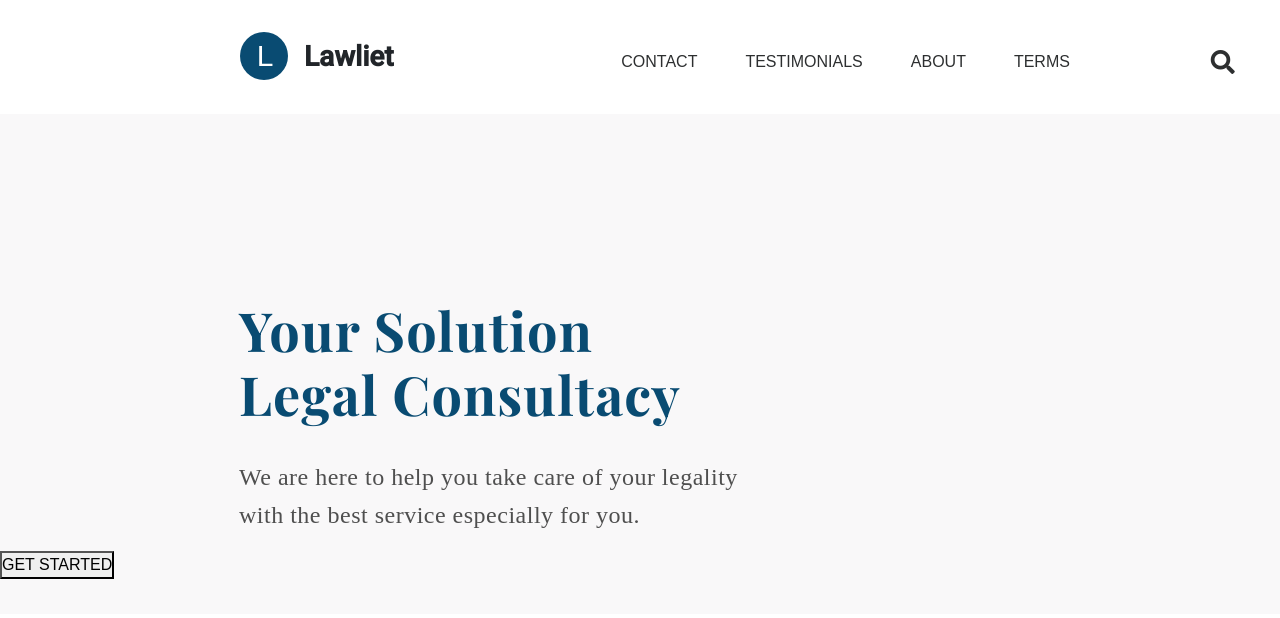
Repository: SAYYODTURINALIYEV/amaliy
Page: index.html
These files come from the project's save history. The page is drawn as it stood at one moment and after the next save; the edit follows.
The browser window is 1280 px wide. The pictures show the whole page.

Above is the page before, as saved 2022-05-20 10:10:28.

### index.html
<!DOCTYPE html>
<html lang="en">

<head>
    <meta charset="UTF-8">
    <meta name="viewport" content="width=device-width, initial-scale=1.0">
    <meta http-equiv="X-UA-Compatible" content="ie=edge">
    <meta name="Description" content="Enter your description here" />
    <link rel="stylesheet" href="https://cdnjs.cloudflare.com/ajax/libs/twitter-bootstrap/4.6.0/css/bootstrap.min.css">
    <link rel="stylesheet" href="https://cdnjs.cloudflare.com/ajax/libs/font-awesome/5.15.4/css/all.min.css">
    <link rel="stylesheet" href="styles/style.css">
    <title>figma</title>
</head>

<body>

    <nav>
        <section id="header_left">
            <div id="author_logo">
                <h1 id="author_logo_h1">L</h1>
            </div>
            <h1 id="author">Lawliet</h1>
        </section>
        <section id="header_right" class="ml-5 header_right">
            <section id="menues" class="ml-5">
                <ul id="menues_ul">
                    <a href="#">
                        <li>CONTACT</li>
                    </a>
                    <a href="#" class="ml-5">
                        <li>TESTIMONIALS</li>
                    </a>
                    <a href="#" class="ml-5">
                        <li>ABOUT</li>
                    </a>
                    <a href="#" class="ml-5">
                        <li>TERMS</li>
                    </a>
                </ul>
                <a href="#" id="search"><i class="fas fa-search ml-5" ></i></a>
            </section>

        </section>
    </nav><br>
    <section id="header">
        <div id="header_top"><br>
            <h1 id="header_top_h1">Your Solution <br> Legal Consultacy</h1><br>
            <p id="header_top_p">We are here to help you take care of your legality <br> with the best service especially for you.</p>
            <button type="button" id="header_top_button">GET STARTED</button>
        </div>
        <div id="header_bottom"></div>
    </section>




    <script src="https://cdnjs.cloudflare.com/ajax/libs/jquery/3.5.1/jquery.min.js"></script>
    <script src="https://cdnjs.cloudflare.com/ajax/libs/popper.js/1.16.1/umd/popper.min.js"></script>
    <script src="https://cdnjs.cloudflare.com/ajax/libs/twitter-bootstrap/4.6.0/js/bootstrap.min.js"></script>
</body>

</html>

### styles/style.css
@import url('https://fonts.googleapis.com/css2?family=Roboto:wght@100;500&display=swap');
@import url('https://fonts.googleapis.com/css2?family=Playfair+Display:wght@400;700&family=Roboto:wght@100;500&display=swap');
* {
    margin: 0;
    padding: 0;
    box-sizing: border-box;
    font-family: sans-serif;
}

#menues {
    list-style-type: none;
    display: flex;
    flex-direction: row;
    justify-content: center;
    margin-right: 2rem;
}

#menues ul a {
    color: #2D2F30;
}

#menues_ul {
    display: flex;
    flex-direction: row;
    justify-content: center;
    list-style: none;
    margin-left: 32rem;
    margin-top: -2rem;
    font-family: 'Roboto', sans-serif;
}

#header_left {
    display: flex;
    flex-direction: row;
    margin-left: 240px;
    margin-top: 2rem;
}

#author_logo {
    width: 3rem;
    height: 3rem;
    background-color: #094B72;
    text-align: center;
    border-radius: 30px;
    padding: 20px;
    cursor: pointer;
}

#author_logo_h1 {
    margin-top: -0.9rem;
    font-size: 30px;
    font-weight: lighter;
    margin-left: -0.2rem;
    color: white;
}

#author {
    font-weight: bolder;
    margin-left: 1rem;
    font-family: 'Roboto', sans-serif;
    font-size: 28px;
    margin-top: 0.5rem;
}

#search {
    color: #2D2F30;
    margin-left: 5.8rem;
    margin-top: -2.3rem;
    font-size: 1.5rem;
    font-weight: bolder;
}

#header_top {
    background-color: #F9F8F9;
    height: 500px;
}

#header_top_h1 {
    font-family: 'Playfair Display';
    font-style: normal;
    font-weight: 900;
    font-size: 54px;
    line-height: 120%;
    letter-spacing: 0.02em;
    color: #094B72;
    margin-left: 239px;
    margin-top: 10rem;
}

#header_top_p {
    font-family: 'Plus Jakarta Sans';
    font-style: normal;
    font-weight: 500;
    font-size: 24px;
    line-height: 158%;
    display: flex;
    align-items: center;
    letter-spacing: 0.5px;
    color: #4F4F4F;
    margin-left: 239px;
}

After the next save:
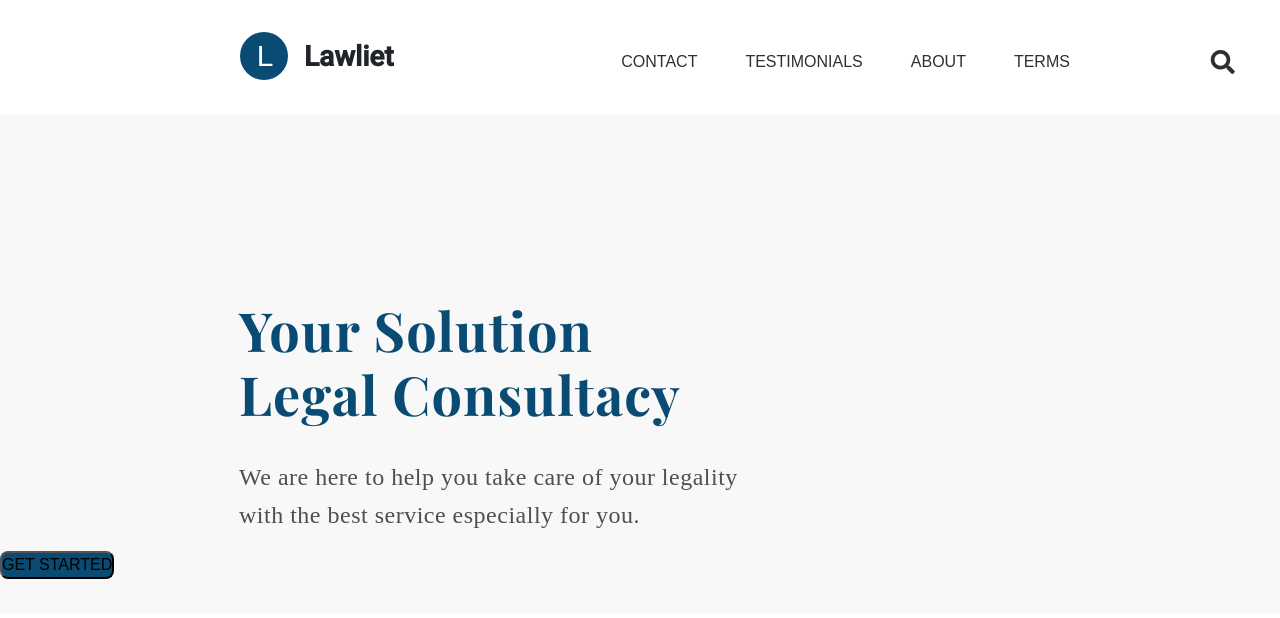
Saved 12 s later.
--- a/styles/style.css
+++ b/styles/style.css
@@ -99,3 +99,8 @@
     color: #4F4F4F;
     margin-left: 239px;
 }
+
+#header_top_button {
+    background: #094B72;
+    border-radius: 8px;
+}
